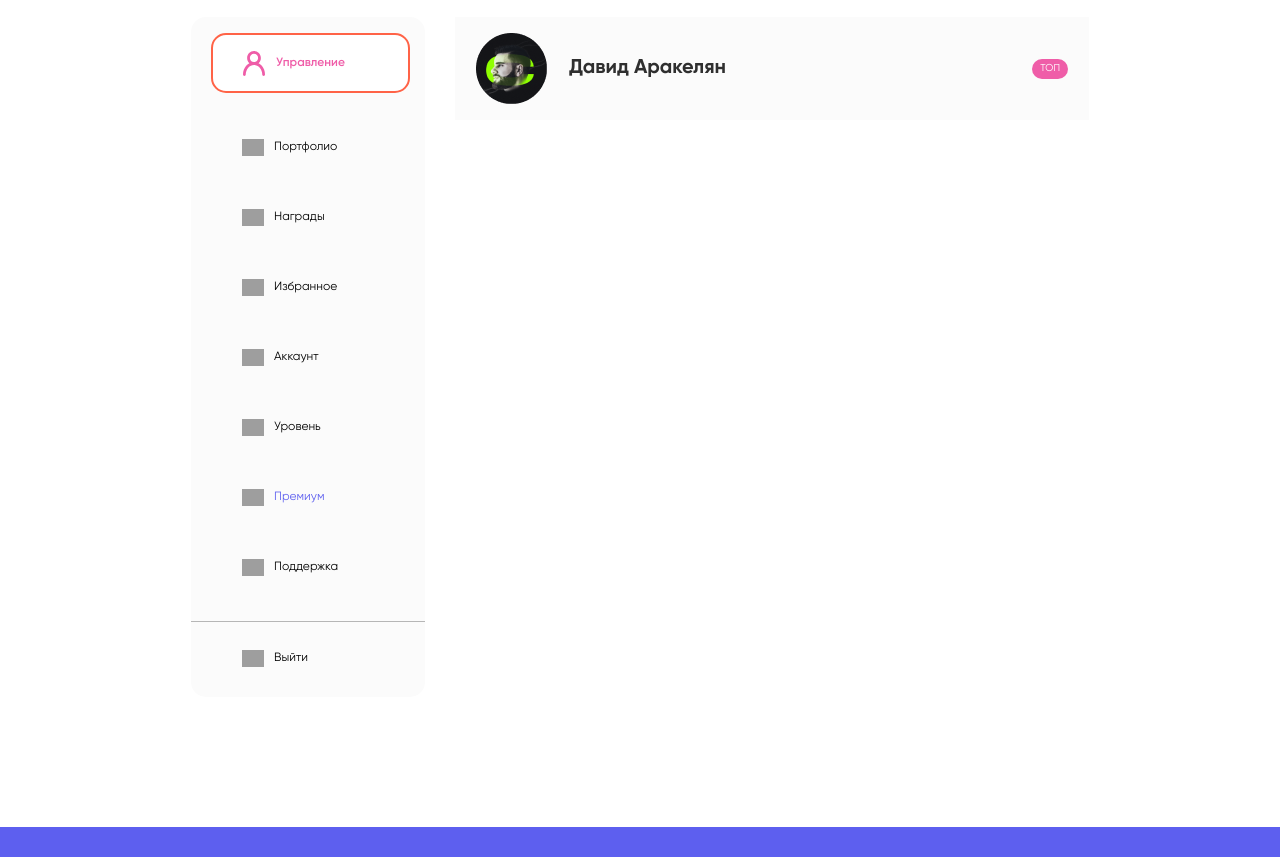
Repository: alexboagreek/selfmade
Page: index.html
These files come from the project's save history. The page is drawn as it stood at one moment and after the next save; the edit follows.
The browser window is 1280 px wide. The pictures show the part of the page from y = 353 to 1210 px (the page is 1719 px tall).
Pictures or frames that could not be fetched are drawn as grey boxes. A picture or video elsewhere on the page could not be fetched, so the positions and the page height are approximate.

Above is the page before, as saved 2022-12-13 12:26:15.

### index.html
<!DOCTYPE html>
<html lang="ru">
<head>
    <meta charset="UTF-8">
    <meta http-equiv="X-UA-Compatible" content="IE=edge">
    <meta name="viewport" content="width=device-width, initial-scale=1.0">
    <link rel="stylesheet" href="css/style.css">
    <link rel="icon" type="image/png" sizes="64x64" href="assets/icons/favicon.png">
    <link rel="icon" type="image/png" sizes="48x48" href="assets/icons/favicon_48.png">
    <title>Selfmade</title>
</head>
<body>
    <header class="header">
        <div class="header__container">
            <h1 class="visually-hidden">Selfmade...</h1>
            <div class="header__box">
                <div class="header__logo">
                    <a href="/"><img src="./assets/icons/header_logo.svg" alt="Логотип Selfmade"></a>
                </div>
                <div class="header__login">
                    <div class="header__alarm">
                        <img class="header__alarm_icon" src="assets/icons/bell.svg" alt="authorization bell">
                    </div>
                    <p class="user__name">Аракелян Д.</p>
                    <div class="user__login">
                        <img src="assets/icons/user_icon.svg" alt="user icon">
                    </div>
                </div>

            </div>

        </div>
    </header>

    <main class="main main__container">
        <div class="sidebar">
            <ul class="menu__list">
                <li class="menu__list_item menu__list_item_fix">
                    <button class="menu__list_button menu__button_control control__text">Управление</button>
                </li>
                <li class="menu__list_item list_item_fix">
                    <button class="menu__list_button menu__button_portfolio">Портфолио</button>
                </li>
                <li class="menu__list_item list_item_fix">
                    <button class="menu__list_button menu__button_star">Награды</button>
                </li>
                <li class="menu__list_item list_item_fix">
                    <button class="menu__list_button menu__button_like">Избранное</button>
                </li>
                <li class="menu__list_item list_item_fix">
                    <button class="menu__list_button menu__button_settings">Аккаунт</button>
                </li>
                <li class="menu__list_item list_item_fix">
                    <button class="menu__list_button menu__button_level">Уровень</button>
                </li>
                <li class="menu__list_item list_item_fix">
                    <button class="menu__list_button menu__button_premium menu__button_active">Премиум</button>
                </li>
                <li class="menu__list_item item__border list_item_fix">
                    <button class="menu__list_button menu__button_helper">Поддержка</button>
                </li>
                <li class="menu__list_item list_item_fix menu__line">
                    <button class="menu__list_button menu__button_exit">Выйти</button>
                </li>
            </ul>
        </div>
        <div class="content">
            <section class="interface">
                <div class="interface__box">
                    <div class="interface__box_header">
                        <div class="user__info">
                            <img src="assets/img/interface.png" alt="Логотип интерфейса юзера | user interface logo" class="interface__img">
                            <p class="interface__text">Давид Аракелян</p>
                        </div>
                        <div class="interface__rating">Топ</div>
                    </div>
                </div>
            </section>
        </div>
    </main>

  <footer class="footer">
    <div class="footer__container">
        <div class="footer__box">
            <img src="./assets/icons/footer_logo.svg" alt="Логотип Selfmade">
            <div class="footer__social">
                <ul class="footer__social_list">
                    <li class="footer__social_list_item">
                        <svg width="15" height="14" viewbox="0 0 15 14" fill="none" xmlns="http://www.w3.org/2000/svg">
                            <path d="M0.911243 6.87875L4.18677 8.10128L5.45459 12.1786C5.53572 12.4397 5.85504 12.5363 6.067 12.363L7.89283 10.8745C8.08421 10.7186 8.35682 10.7108 8.55683 10.856L11.85 13.2469C12.0767 13.4117 12.3979 13.2875 12.4548 13.0135L14.8672 1.40935C14.9293 1.11007 14.6352 0.860402 14.3502 0.970619L0.907405 6.15646C0.575664 6.2844 0.578554 6.75408 0.911243 6.87875ZM5.25027 7.4505L11.6519 3.50775C11.7669 3.43709 11.8853 3.59266 11.7865 3.6843L6.50332 8.59526C6.31761 8.76813 6.19783 8.99946 6.1639 9.25055L5.98393 10.5842C5.9601 10.7623 5.70995 10.78 5.66081 10.6077L4.96866 8.17563C4.88939 7.89823 5.00491 7.60194 5.25027 7.4505Z" fill="#5D5FEF"/>
                        </svg>
                    </li>
                    <li class="footer__social_list_item">
                        <svg width="15" height="15" viewbox="0 0 15 15" fill="none" xmlns="http://www.w3.org/2000/svg">
                            <path fill-rule="evenodd" clip-rule="evenodd" d="M4.90509 0.6828C2.54568 0.6828 0.632996 2.59548 0.632996 4.9549V10.295C0.632996 12.6544 2.54568 14.5671 4.90509 14.5671H10.2452C12.6046 14.5671 14.5173 12.6544 14.5173 10.295V4.9549C14.5173 2.59548 12.6046 0.6828 10.2452 0.6828H4.90509ZM7.57515 3.88687C5.51067 3.88687 3.83707 5.56047 3.83707 7.62496C3.83707 9.68944 5.51067 11.363 7.57515 11.363C9.63964 11.363 11.3132 9.68944 11.3132 7.62496C11.3132 5.56047 9.63964 3.88687 7.57515 3.88687ZM11.5421 4.64975C12.0898 4.64975 12.5338 4.20573 12.5338 3.65801C12.5338 3.11029 12.0898 2.66627 11.5421 2.66627C10.9944 2.66627 10.5504 3.11029 10.5504 3.65801C10.5504 4.20573 10.9944 4.64975 11.5421 4.64975Z" fill="#5D5FEF"/>
                        </svg>
                    </li>
                    <li class="footer__social_list_item">
                        <svg width="16" height="9" viewbox="0 0 16 9" fill="none" xmlns="http://www.w3.org/2000/svg">
                            <path d="M12.9479 4.91454C12.7006 4.61918 12.7714 4.48778 12.9479 4.22376C12.9511 4.22075 14.9925 1.55289 15.2028 0.648132L15.2041 0.647529C15.3086 0.317814 15.2041 0.0755005 14.6987 0.0755005H13.0263C12.6006 0.0755005 12.4043 0.283456 12.2991 0.516125C12.2991 0.516125 11.4477 2.44378 10.2431 3.69332C9.85434 4.05438 9.67462 4.17012 9.46239 4.17012C9.35787 4.17012 9.19535 4.05438 9.19535 3.72467V0.647529C9.19535 0.252112 9.07617 0.0755005 8.72373 0.0755005H6.09412C5.82709 0.0755005 5.66839 0.259948 5.66839 0.431737C5.66839 0.80666 6.27066 0.892856 6.33312 1.9477V4.23642C6.33312 4.73792 6.23689 4.83015 6.02338 4.83015C5.45489 4.83015 4.07508 2.89465 3.25739 0.679476C3.09232 0.249701 2.93108 0.0761032 2.50216 0.0761032H0.829178C0.351821 0.0761032 0.255585 0.284059 0.255585 0.516728C0.255585 0.927817 0.824079 2.97181 2.89921 5.67222C4.28221 7.51549 6.22988 8.51428 8.00164 8.51428C9.06661 8.51428 9.19663 8.29246 9.19663 7.91091C9.19663 6.14961 9.10039 5.98325 9.63383 5.98325C9.88111 5.98325 10.3068 6.09898 11.3011 6.98806C12.4374 8.04231 12.6242 8.51428 13.2602 8.51428H14.9326C15.4093 8.51428 15.6508 8.29246 15.5119 7.85485C15.1939 6.93442 13.0448 5.04112 12.9479 4.91454V4.91454Z" fill="#5D5FEF"/>
                        </svg>
                    </li>
                    <li class="footer__social_list_item">
                        <svg width="7" height="14" viewbox="0 0 7 14" fill="none" xmlns="http://www.w3.org/2000/svg">
                            <path d="M5.1126 2.93661H6.8285V0.446777H4.81141V0.455757C2.36736 0.540786 1.86645 1.89031 1.8223 3.30771H1.81727V4.55101H0.153015V6.9893H1.81727V13.5253H4.3254V6.9893H6.37996L6.77685 4.55101H4.32622V3.79984C4.32622 3.32082 4.65072 2.93661 5.1126 2.93661Z" fill="#5D5FEF"/>
                        </svg>
                    </li>
                </ul>
            </div>
        </div>
        <div class="footer__services">
            <ul class="services__list">
                <li class="services__list_item">Как работает сервис?</li>
                <li class="services__list_item">Советы от SELFMADE</li>
                <li class="services__list_item">Пользовательское соглашение</li>
                <li class="services__list_item">Почему SELFMADE</li>
                <li class="services__list_item">Помощь и поддержка</li>
            </ul>
        </div>
    </div>
    <div class="footer__copyright">
        <ul class="footer__copyright_list">
            <li class="footer__copyright_list_item footer__copy_text">© SELFMADE.TEAM 2022</li>
            <li class="footer__copyright_list_item footer__copy_text-info">ИНН 431207720494 / ОГРНИП 320508100324371</li>
            <li class="footer__copyright_list_item">
                <a class="footer__copyright_link" href="#">Политика конфиденциальности</a>
            </li>
        </ul>
    </div>

  </footer>
</body>
</html>

### css/style.css
@import 'normalize.css';
@import 'fonts.css';
@import 'default.css';
@import 'header.css';
@import 'sidebar.css';
@import 'interface.css';
@import 'footer.css';

### css/fonts.css
@font-face {
    font-family: Gilroy;
    src: url(../assets/fonts/Gilroy-Regular.woff2) format('woff2'),
    url(../assets/fonts/Gilroy-Regular.woff) format('woff');
    font-weight: 400;
}

@font-face {
    font-family: Gilroy;
    src: url(../assets/fonts/Gilroy-Semibold.woff2) format('woff2'),
    url(../assets/fonts/Gilroy-Semibold.woff) format('woff');
    font-weight: 500;
}

@font-face {
    font-family: Gilroy;
    src: url(../assets/fonts/Gilroy-Bold.woff2) format('woff2'),
    url(../assets/fonts/Gilroy-Bold.woff) format('woff');
    font-weight: 600;
}

### css/default.css
:root {
    --color-control-text:#EF5DA8;
    --color-menu: #F0F0F0;
    --color-menu-active: #5D5FEF;
    --color-alarm: #EF5DA8;
    --color-main: #FBFBFB;
    --footer-color-main: #5D5FEF;
    --footer-color-copyright: #5556D3;
    --footer-social-color: #FFFFFF;
    --footer-copyright-link: #B6B6B6;
}

html {
  overflow-x: hidden;
  position: relative;
  box-sizing: border-box;
}

*,
*::before,
*::after {
  box-sizing: inherit;
}

body {
  display: flex;
  flex-direction: column;
  min-width: 320px;
  height: 100%;
  font-family: Gilroy, sans-serif;
  background-color: #FFFFFF;
  font-size: 16px;
  overflow-x: hidden;
  position: relative;
}

img,
svg {
  max-width: 100%;
  max-height: 100%;
  height: auto;
}

button {
  padding: 0;
  cursor: pointer;
  border: none;
  background-color: transparent;
}

a {
  text-decoration: none;
  color: inherit;
}

ul {
  list-style: none;
  padding: 0;
  margin: 0;
}

h1,
h2,
h3,
p,
figure,
fieldset {
  margin: 0;
}

iframe {
  border: none;
}

fieldset {
  padding: 0;
  border: 0;
}

.visually-hidden {
  position: fixed;
  transform: scale(0);
}

.container {
    max-width: 1400px;
    padding: 0 100px;
    margin: 0 auto;
}

### css/header.css
.header {
    padding-top: 28px;
    padding-bottom: 37px;
    flex: 0 0 auto;
    background-color: #FFFFFF;
}

.header__box {
    display: flex;
    justify-content: space-between;
    align-items: center;
}

.header__container {
    max-width: 1500px;
    margin: 0 auto;
    padding: 0 100px;
}

.header__alarm {
    position: relative;
    margin-right: 11px;
}

.header__alarm::after {
    position: absolute;
    top: 0;
    content: '';
    width: 5px;
    height: 5px;
    background-color: var(--color-alarm);
    border-radius: 50%;
}
.user__name {
    margin-right: 6px;
}

.header__login {
    display: flex;
    align-items: center;
}

.user__login {
    cursor: pointer;
}

.services__list_item {
    cursor: pointer;
}

### css/sidebar.css
.main {
    display: flex;
}

.main__container {
    max-width: 1200px;
    margin: 0 auto;
}

.sidebar {
    display: flex;
    justify-content: center;
    width: 234px;
    border-radius: 15px;
    background-color: var(--color-main);
    margin-bottom: 130px;
    margin-right: 30px;
}

.menu__list_button {
    font-size: 12px;
    line-height: 16px;
    padding: 7px 8px 7px 40px;
    background-size: 22px;
    background-position: 8px center;
    background-repeat: no-repeat;
    border-radius: 50px;
    border: 1px solid transparent;
    white-space: nowrap;
    outline: none;
    margin-bottom: 38px;
}

.menu__list_item_fix {
    display: flex;
    padding-left: 20px;
    align-items: flex-start;
}

.menu__button_active {
    color: var(--color-menu-active);
}

.menu__button_control {
    width: 199px;
    margin-top: 16px;
    border-radius: 15px;
    border: 2px solid tomato;
    padding: 20px;
    background-color: #FFFFFF;
    background-image: url('../assets/icons/user__icon.svg');
    background-position: calc(30px);
}

.control__text {
    font-weight: 500;
    color: var(--color-control-text);
}

.menu__button_portfolio {
    background-image: url('../assets/icons/portfolio_icon.svg');
}
.menu__button_star {
    background-image: url('../assets/icons/star_icon.svg');
}

.menu__button_like {
    background-image: url('../assets/icons/like_icon.svg');
}
.menu__button_settings {
    background-image: url('../assets/icons/settings_icon.svg');
}
.menu__button_level {
    background-image: url('../assets/icons/level_icon.svg');
}
.menu__button_premium {
    background-image: url('../assets/icons/premium_icon.svg');
}

.menu__button_helper {
    background-image: url('../assets/icons/helper_icon.svg');
}

.menu__line {
    width: 234px;
    border-top: 1px solid var(--footer-copyright-link);
}
.menu__button_exit {
    background-image: url('../assets/icons/exit_icon.svg');
    margin-top: 20px;
    margin-bottom: 23px;
}

.list_item_fix {
    padding-left: 42px;
}

### css/interface.css
.interface__box {
    padding: 16px 21px;
    width: 634px;
    background-color: var(--color-main);
}
.interface__box_header {
    display: flex;
    justify-content: space-between;
    align-items: center;
}
.user__info {
    display: flex;
    align-items: center;
}

.interface__text {
    font-weight: 700;
    font-size: 20px;
    margin-left: 22px;
    line-height: 1.06;
    color: #2F2F2F;
}

.interface__rating {
    padding: 4px 8px;
    border-radius: 47px;
    color: #FFFFFF;
    background-color: var( --color-control-text);
    font-size: 10px;
    text-transform: uppercase;
}

### css/footer.css
.footer {
    flex: 0 0 auto;
}

.footer__container {
    padding: 50px 140px 0px 140px;
    background-color: var(--footer-color-main);
}

.footer__box {
    display: flex;
    justify-content: space-between;
    background-color: var(--footer-color-main);
    margin-bottom: 50px;
}

.footer__social_list_item {
    display: flex;
    align-items: center;
    justify-content: center;
    width: 29px;
    height: 29px;
    background-color: var(--footer-social-color);
    border-radius: 50%;
    margin-right: 19px;
    cursor: pointer;
}

.footer__social_list_item:last-child {
    margin-right: 0;
}

.footer__social_list {
    display: flex;
}

.footer__services {
    padding-bottom: 41px;
}

.services__list {
    display: flex;
    justify-content: space-between;
}
.services__list_item {
    font-size: 16px;
    font-weight: 500;
    color: var(--footer-social-color);
}

.footer__copyright {
    padding: 30px 140px;
    border-top: 1px solid #FFFFFF;
    background-color: var(--footer-color-copyright);
}

.footer__copyright_list {
    display: flex;
    justify-content: space-between;
}

.footer__copy_text {
    font-weight: 500;
    line-height: 16px;
    color: var(--footer-social-color);
}

.footer__copy_text-info {
    font-weight: 400;
    color: var(--footer-social-color);
}
.footer__copyright_link {
    color: var(--footer-copyright-link);
}

Loaded but not shown: css/normalize.css (library)

After the next save:
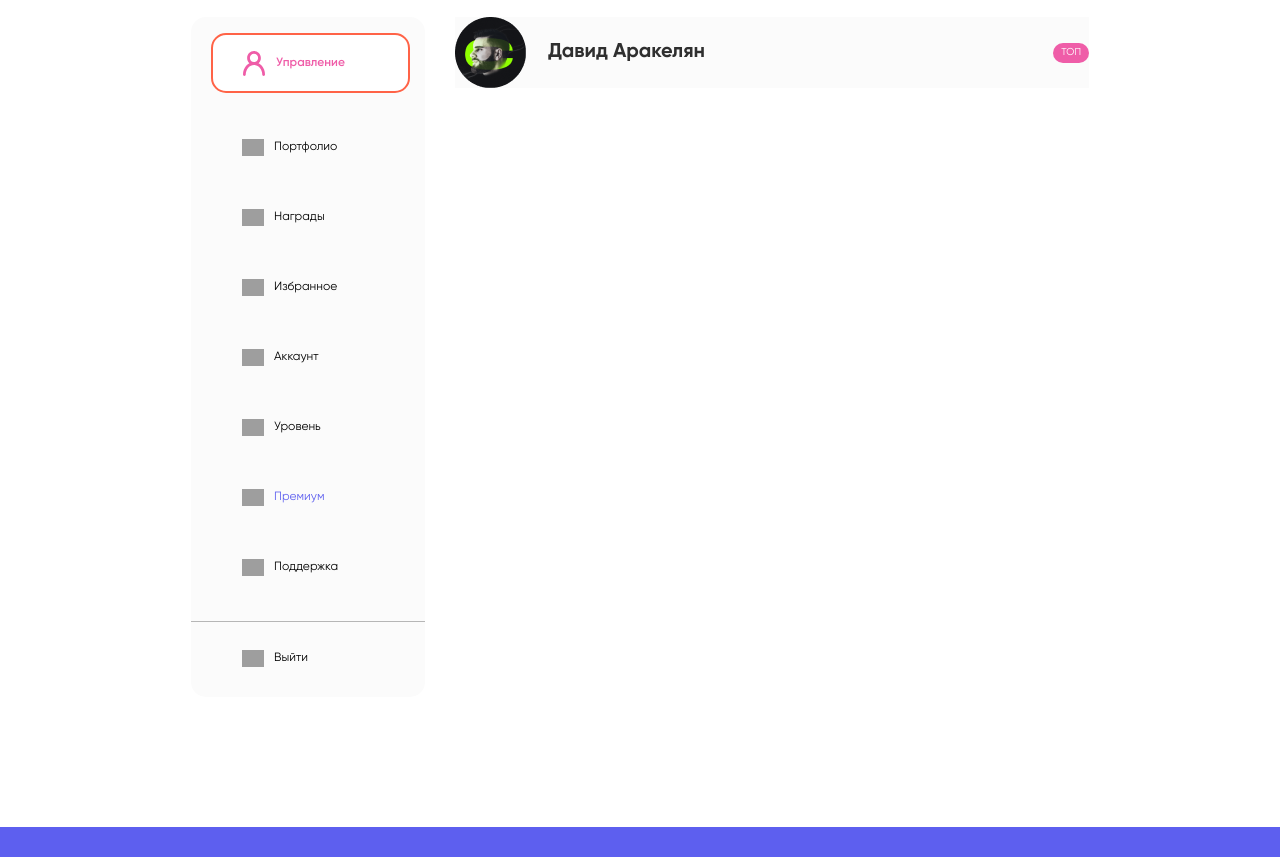
Saved 2 min 7 s later.
--- a/css/interface.css
+++ b/css/interface.css
@@ -1,4 +1,5 @@
 .interface__box {
+    border
     padding: 16px 21px;
     width: 634px;
     background-color: var(--color-main);

After the save that followed:
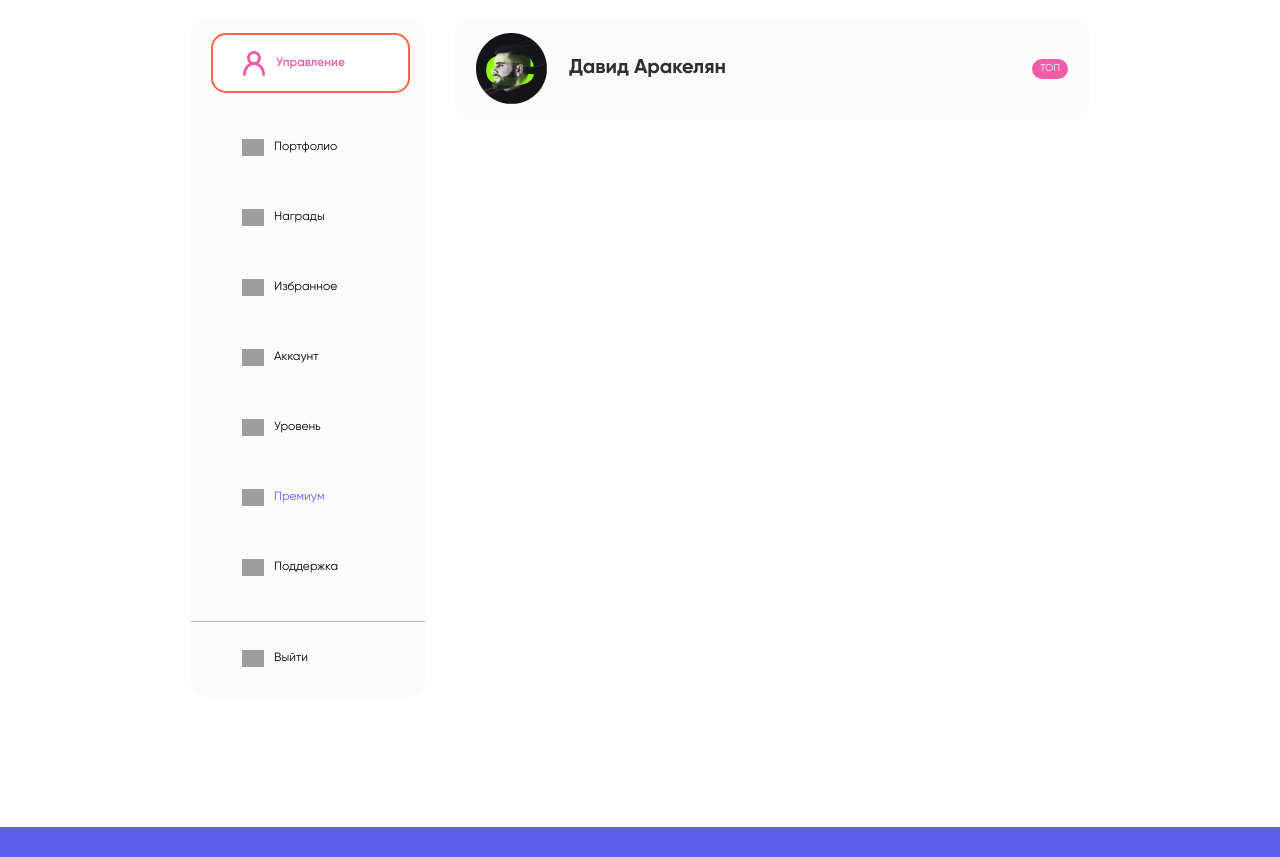
Saved 4 s later.
--- a/css/interface.css
+++ b/css/interface.css
@@ -1,5 +1,5 @@
 .interface__box {
-    border
+    border-radius: 15px;
     padding: 16px 21px;
     width: 634px;
     background-color: var(--color-main);
